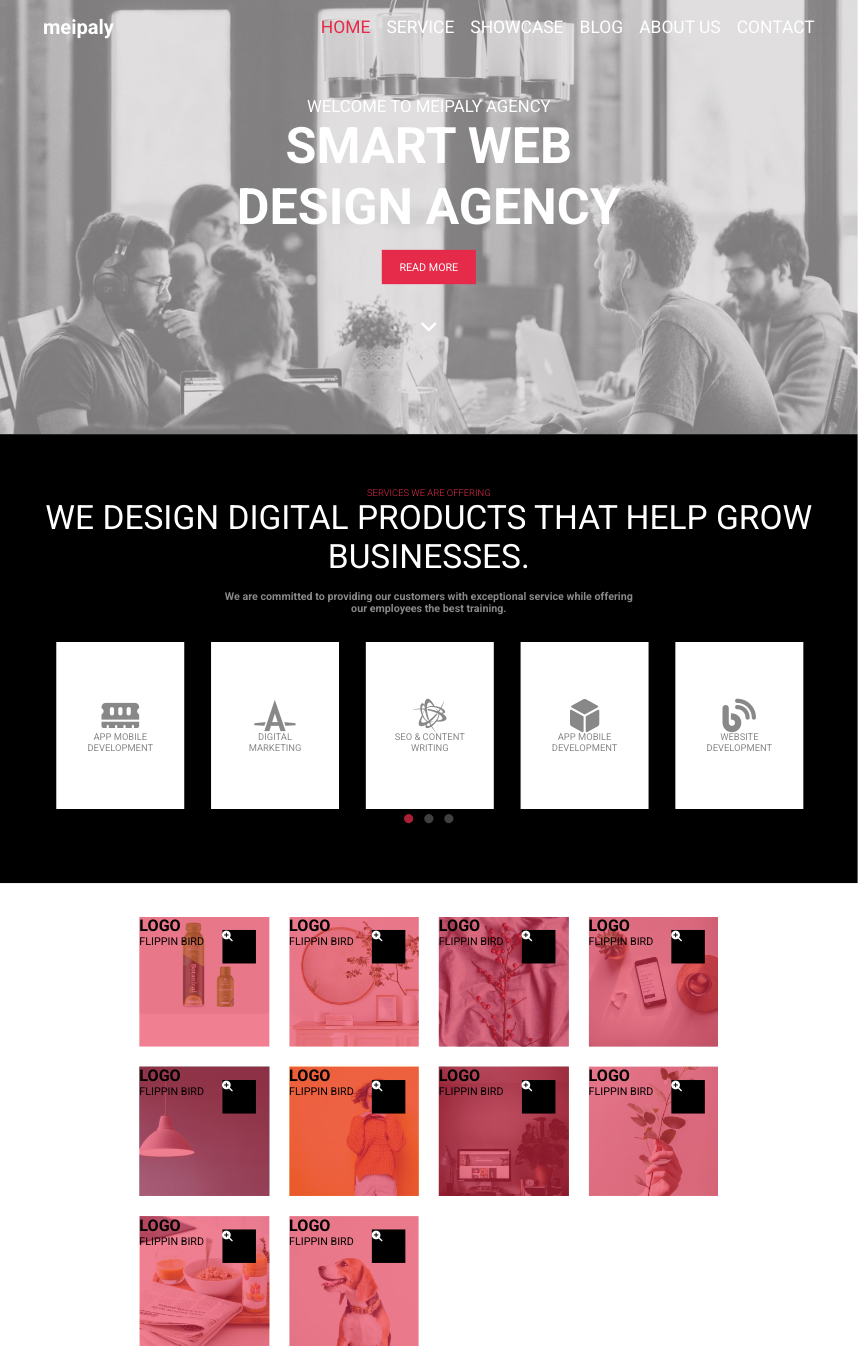
Repository: ducdatit2002/meipaly
Page: index.html
The author's editor kept a copy of each file at every save. The page is drawn from the files as they stood at one save, then again after a run of saves.
The browser window is 1280 px wide. The pictures show the whole page, at 67% of full size.

Above is the page before, as saved 2023-07-17 19:32:39.

### index.html
<!DOCTYPE html>
<html lang="en">
  <head>
    <meta charset="UTF-8" />
    <meta name="viewport" content="width=device-width, initial-scale=1.0" />
    <title>Meipaly</title>
    <link rel="stylesheet" href="./index.css" />
    <link
      rel="stylesheet"
      href="https://cdnjs.cloudflare.com/ajax/libs/font-awesome/6.4.0/css/all.min.css"
      integrity="sha512-iecdLmaskl7CVkqkXNQ/ZH/XLlvWZOJyj7Yy7tcenmpD1ypASozpmT/E0iPtmFIB46ZmdtAc9eNBvH0H/ZpiBw=="
      crossorigin="anonymous"
      referrerpolicy="no-referrer"
    />
    <link rel="preconnect" href="https://fonts.googleapis.com">
    <link rel="preconnect" href="https://fonts.gstatic.com" crossorigin>
    <link
        href="https://fonts.googleapis.com/css2?family=Open+Sans:wght@300;400;500;600&family=Roboto:wght@300;400;500;700&display=swap"
        rel="stylesheet">
    <!-- FONT AWESOME -->
    <link rel="stylesheet" href="https://cdnjs.cloudflare.com/ajax/libs/font-awesome/6.4.0/css/all.min.css"
      integrity="sha512-iecdLmaskl7CVkqkXNQ/ZH/XLlvWZOJyj7Yy7tcenmpD1ypASozpmT/E0iPtmFIB46ZmdtAc9eNBvH0H/ZpiBw=="
      crossorigin="anonymous" referrerpolicy="no-referrer" />
    <!-- Slick CSS -->
    <link rel="stylesheet" type="text/css" href="./slick-1.8.1/slick/slick.css" />

    <link rel="stylesheet" type="text/css" href="./slick-1.8.1/slick/slick-theme.css" />

  <body>
    <header>
      <div class="header__container container">
        <span>meipaly</span>
        <nav>
            <a href="#" class="active">HOME</a>
            <a href="#">SERVICE</a>
            <a href="#">SHOWCASE</a>
            <a href="#">BLOG</a>
            <a href="#">ABOUT US</a>
            <a href="#">CONTACT</a>
        </nav>
      </div>
    </header>
    <section class="banner">
        <div class="banner__container">
            <p>WELCOME TO MEIPALY AGENCY</p>
            <h2>
                SMART WEB
                DESIGN AGENCY
            </h2>
            <button>READ MORE</button>
            <i class="fa fa-angle-down"></i>
        </div>
    </section>
    <section class="carousel">
      <div class="carousel__title">
        <p>SERVICES WE ARE OFFERING</p>
        <h2>WE DESIGN DIGITAL PRODUCTS THAT HELP GROW <br> BUSINESSES.</h2>
        <p>
          We are committed to providing our customers with exceptional service while offering
          <br>
          our employees the best training.
        </p>
      </div>
      <div class="container">
        <div class="carousel__list">
          <!-- START LIST ITEM -->
          <div class="carousel__item">
            <div class="item__container">
              <i class="fa fa-memory"></i>
              <p>APP MOBILE <br>DEVELOPMENT </p>
            </div>
          </div>
          <div class="carousel__item">
            <div class="item__container">
              <i class="fab fa-autoprefixer"></i>
              <p>DIGITAL <br>MARKETING</p>
            </div>
          </div>
          <div class="carousel__item">
            <div class="item__container">
              <i class="fab fa-battle-net"></i>
              <p>SEO & CONTENT <br>WRITING</p>
            </div>
          </div>
          <div class="carousel__item">
            <div class="item__container">
              <i class="fa fa-dice-d6"></i>
              <p>APP MOBILE <br>DEVELOPMENT </p>
            </div>
          </div>
          <div class="carousel__item">
            <div class="item__container">
              <i class="fa fa-blog"></i>
              <p>WEBSITE <br>DEVELOPMENT</p>
            </div>
          </div>
          <div class="carousel__item">
            <div class="item__container">
              <i class="fa fa-blog"></i>
              <p>WEBSITE <br>DEVELOPMENT</p>
            </div>
          </div>
          <div class="carousel__item">
            <div class="item__container">
              <i class="fa fa-blog"></i>
              <p>WEBSITE <br>DEVELOPMENT</p>
            </div>
          </div>
          <!-- END LIST ITEM -->
        </div>
      </div>

    </section>
    <section class="blog">
      <div class="container">
        <div class="blog__list">
          <!-- START BLOG ITEM -->
          <div class="blog__item">
            <img src="./img/grid-metro-1.jpg" alt="">
            <div class="blog__overlay">
              <div class="blog__search">
                <i class="fa fa-search-plus"></i>
              </div>
              <div class="blog_desc">
                <h2>LOGO</h2>
                <p>FLIPPIN BIRD</p>
              </div>
            </div>
          </div>
          <div class="blog__item">
            <img src="./img/grid-metro-2.jpg" alt="">
            <div class="blog__overlay">
              <div class="blog__search">
                <i class="fa fa-search-plus"></i>
              </div>
              <div class="blog_desc">
                <h2>LOGO</h2>
                <p>FLIPPIN BIRD</p>
              </div>
            </div>
          </div>
          <div class="blog__item">
            <img src="./img/grid-metro-3.jpg" alt="">
            <div class="blog__overlay">
              <div class="blog__search">
                <i class="fa fa-search-plus"></i>
              </div>
              <div class="blog_desc">
                <h2>LOGO</h2>
                <p>FLIPPIN BIRD</p>
              </div>
            </div>
          </div>
          <div class="blog__item">
            <img src="./img/grid-metro-4.jpg" alt="">
            <div class="blog__overlay">
              <div class="blog__search">
                <i class="fa fa-search-plus"></i>
              </div>
              <div class="blog_desc">
                <h2>LOGO</h2>
                <p>FLIPPIN BIRD</p>
              </div>
            </div>
          </div>
          <div class="blog__item">
            <img src="./img/grid-metro-5.jpg" alt="">
            <div class="blog__overlay">
              <div class="blog__search">
                <i class="fa fa-search-plus"></i>
              </div>
              <div class="blog_desc">
                <h2>LOGO</h2>
                <p>FLIPPIN BIRD</p>
              </div>
            </div>
          </div>
          <div class="blog__item">
            <img src="./img/grid-metro-6.jpg" alt="">
            <div class="blog__overlay">
              <div class="blog__search">
                <i class="fa fa-search-plus"></i>
              </div>
              <div class="blog_desc">
                <h2>LOGO</h2>
                <p>FLIPPIN BIRD</p>
              </div>
            </div>
          </div>
          <div class="blog__item">
            <img src="./img/grid-metro-7.jpg" alt="">
            <div class="blog__overlay">
              <div class="blog__search">
                <i class="fa fa-search-plus"></i>
              </div>
              <div class="blog_desc">
                <h2>LOGO</h2>
                <p>FLIPPIN BIRD</p>
              </div>
            </div>
          </div>
          <div class="blog__item">
            <img src="./img/grid-metro-8.jpg" alt="">
            <div class="blog__overlay">
              <div class="blog__search">
                <i class="fa fa-search-plus"></i>
              </div>
              <div class="blog_desc">
                <h2>LOGO</h2>
                <p>FLIPPIN BIRD</p>
              </div>
            </div>
          </div>
          <div class="blog__item">
            <img src="./img/grid-metro-9.jpg" alt="">
            <div class="blog__overlay">
              <div class="blog__search">
                <i class="fa fa-search-plus"></i>
              </div>
              <div class="blog_desc">
                <h2>LOGO</h2>
                <p>FLIPPIN BIRD</p>
              </div>
            </div>
          </div>
          <div class="blog__item">
            <img src="./img/grid-metro-10.jpg" alt="">
            <div class="blog__overlay">
              <div class="blog__search">
                <i class="fa fa-search-plus"></i>
              </div>
              <div class="blog_desc">
                <h2>LOGO</h2>
                <p>FLIPPIN BIRD</p>
              </div>
            </div>
          </div>
          <!-- END BLOG ITEM -->
        </div>
      </div>
    </section>
    <section class="number"></section>
    <section class="experience"></section>
    <section class="contact"></section>
    <footer></footer>
    <!-- JQuery -->
    <script src="https://code.jquery.com/jquery-1.12.4.js" integrity="sha256-Qw82+bXyGq6MydymqBxNPYTaUXXq7c8v3CwiYwLLNXU="
      crossorigin="anonymous"></script>
    <!-- Slick -->
    <script src="./slick-1.8.1/slick/slick.js"></script>
    <script>
      $(document).ready(function () {
          $('.carousel__list').slick({
            infinite: true,
            slidesToShow: 5,
            slidesToScroll: 3,
            arrows: false,
            dots:true
            // setting- name: setting - value
        });
      });
    </script>

  </body>
</html>

### index.css
*{
    padding: 0;
    margin: 0;
    box-sizing: border-box;
    font-family: 'Open Sans', sans-serif;
    font-family: 'Roboto', sans-serif;
}
/* flex => list */
header {
    position: absolute;
    width: 100%;
    display: flex;
    justify-content: center;
}
.container {
    width: 90%;
    max-width: 1200px;
    margin: 0 auto;
}
.header__container {
    height: 80px;
    display: flex;
    justify-content: space-between;
    align-items: center;
}
/* Trục chính default là chiều ngang */
/* Justify-content: trục chính */
/* align-items: trục phụ */
header span {
    font-size: 30px;
    font-weight: 800;
    color: white;
}
header a {
    color: white;
    text-decoration: none;
    text-transform: uppercase;
    margin-left: 20px;
    font-size: 26px;
    transition: 0.5s;
}
header a.active, header a:hover {
    color: #e62b4a;
}

/* BANNER */
.banner {
    background-image: url(./img/home_slider.jpg);
    height: 90vh;
    min-height: 500px;
    background-repeat: no-repeat;
    background-size: cover;
    background-position: center;
    /*  */
    display: flex;
    align-items: center;
    justify-content: center;
}
.banner__container {
    width: 600px;
    height: 400px;
    display: flex;
    flex-direction: column;
    /* chuyển trục chính từ ngang sang dọc */
    justify-content: center;
    align-items: center;
    color: white;
}
.banner__container p{
    font-size: 25px;
}
.banner__container h2 {
    font-size: 75px;
    line-height: 90px;
    text-align: center;
}
.banner__container button {
    font-size: 16px;
    margin-top: 20px;
    padding: 15px 25px;
    background-color: #e62b4a;
    color: white;
    border: 1px solid #e62b4a;
    cursor: pointer;
    transition: all 0.5s;
}
.banner__container button:hover {
    background-color: #af2239;
}
.banner__container i {
    margin-top: 50px;
    font-size: 30px;
    animation: animate_arrow 1s linear 0s infinite;
}
/* CAROUSEL */
.carousel {
    background: #000;
    padding: 80px 0;
}
.carousel__item {
    padding: 0 20px;
}
.carousel__item i {
    font-size: 50px;
    color: #888888;
}
.carousel__item p {
    font-size: 14px;
    text-align: center;
    color: #888888;
}
.carousel__title {
    text-align: center;
}
.carousel__title p:first-of-type{
    font-size: 14px;
    color: #e62b4a;
    font-weight: 300;
}
.carousel__title h2{
    font-size: 50px;
    font-weight: 400;
    color: white;
}
.carousel__title p:last-of-type {
    font-size: 16px;
    color: #888888;
    font-weight: 700;
    margin-top: 20px;
    margin-bottom: 40px;
}
.item__container {
    background: white;
    height: 250px;
    display: flex;
    flex-direction: column;
    justify-content: center;
    align-items: center;
    position: relative;
}
.item__container::before {
    content: "";
    display: block;
    position: absolute;
    right: 0;
    top: 0;
    width: 5px;
    background: #e62b4a;
    height: 0%;
    transition: 0.3s;
}
.item__container:hover::before {
    height: 100%;
}
.slick-dots li button:before {
    color: white !important;
    font-size: 16px !important;
}

.slick-dots li.slick-active button:before {
    color: #e62b4a !important;
    font-size: 16px;
}
@keyframes animate_arrow {
    from {
        opacity: 1;
        transform: translateY(0px);
    }

    to {
        opacity: 0;
        transform: translateY(40px);
    }
}
/* BLOG */
.blog__list {
    display: grid;
    grid-template-columns: repeat(4, 1fr);
    gap: 30px;
    width: 75%;
    margin: 50px auto 0;

}
.blog__list img {
    width: 100%;
    display: block;
}
.blog__item {
    position: relative;
}
.blog__overlay {
    background: rgba(230, 43, 74, 0.6);
    width: 100%;
    height: 100%;
    position: absolute;
    top: 0;
    left: 0;
}
.blog__search {
    position: absolute;
    top: 20px;
    right: 20px;
    width: 50px;
    height: 50px;
    background: #000;
    color: white;
}

Loaded but not shown: slick-1.8.1/slick/slick.css (common file); slick-1.8.1/slick/slick-theme.css (library); slick-1.8.1/slick/slick.js (library)

After the next 2 saves:
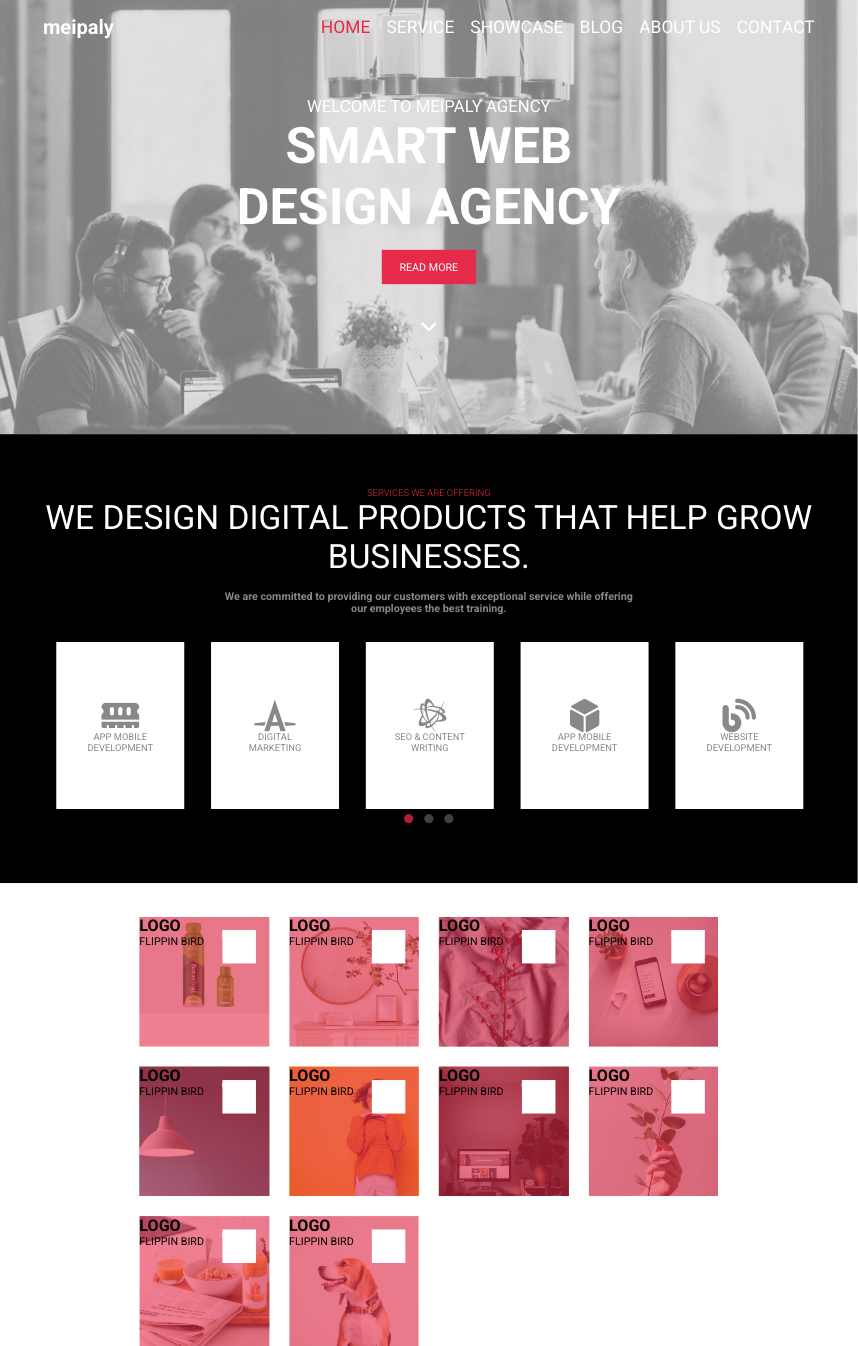
The 2 saves are shown as one change because they came seconds apart.
The last was saved 70 s later.
--- a/index.css
+++ b/index.css
@@ -202,6 +202,6 @@ header a.active, header a:hover {
     right: 20px;
     width: 50px;
     height: 50px;
-    background: #000;
-    color: white;
-}
+    background: white  ;
+    color: white;
+}
